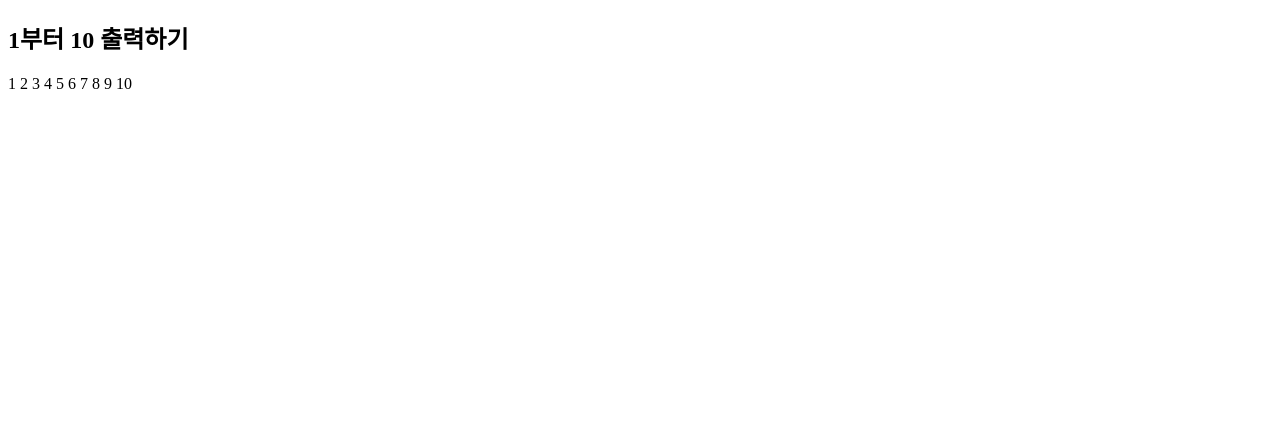
Repository: siwoo1214/acorn_server
Page: http://localhost/day08Prac/ex06
An editor plug-in stored every save of this project. The page is shown before and after the next save, followed by the edit.
The browser window is 1280 px wide. The pictures show the whole page.
The page is served by Tomcat 9.

Above is the page before, as saved 2025-04-09 07:21:49.

After the next save:
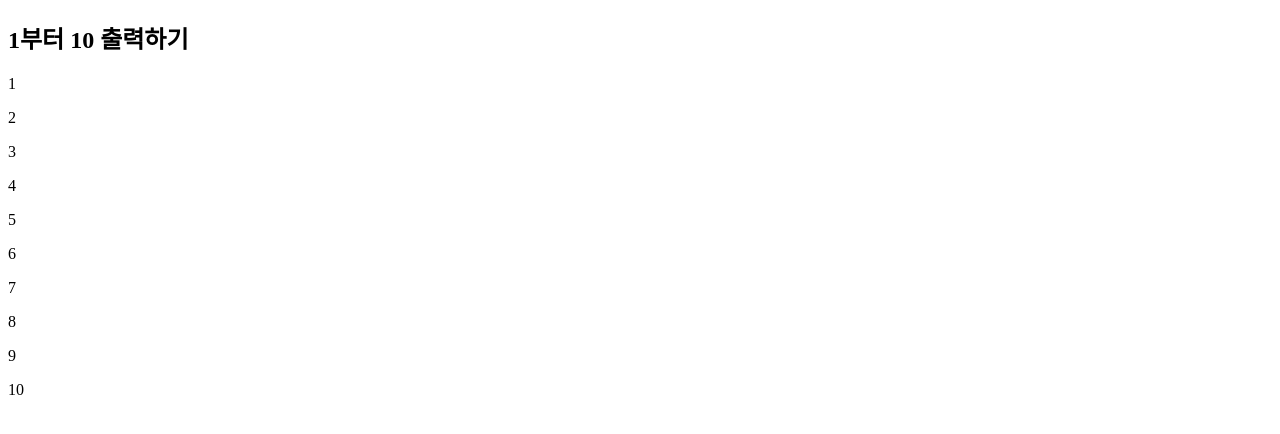
Saved 55 s later.
--- a/day08Prac/src/main/webapp/WEB-INF/views/ex06.jsp
+++ b/day08Prac/src/main/webapp/WEB-INF/views/ex06.jsp
@@ -11,10 +11,9 @@
 	<h2>1부터 10 출력하기</h2>
 
 	<!-- out.print() -->
-	<% for(int i=1; i<=10; i++){
-			out.println(i);
-		}
-	%>
+	<% for(int i=1; i<=10; i++){ %>
+		<p><%=i %></p>
+	<% }%>
 
 </body>
 </html>
